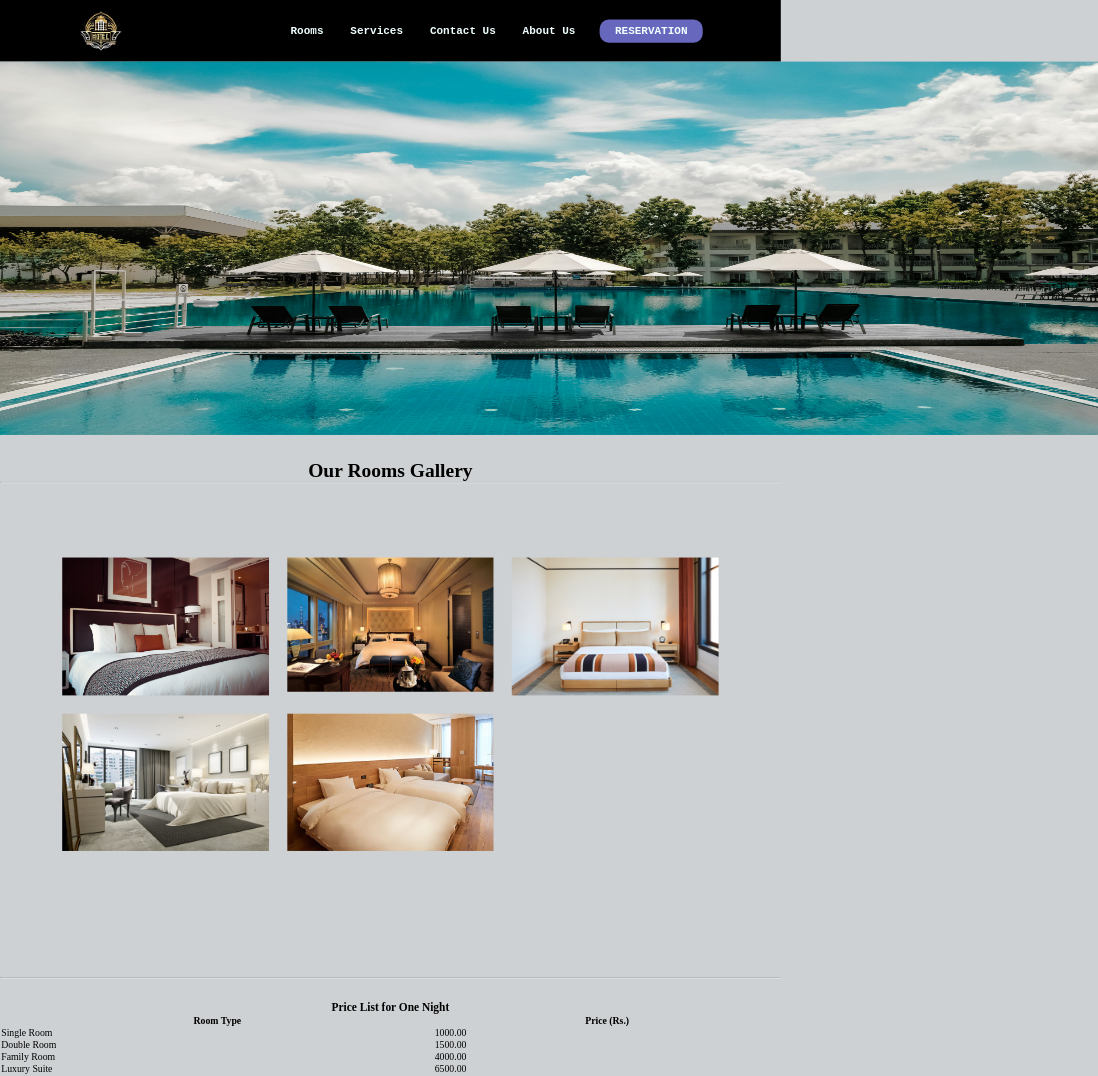
Repository: DhananjayaLakshan/Uom-Web_Design_For_Beginners
Page: Final Assignment/index.html
These files come from the project's save history. The page is drawn as it stood at one moment and after the next save; the edit follows.
The browser window is 1280 px wide. The page is 1800 px wide, so the pictures cover 1800 px, including what lies to the right of the window. The pictures show the whole page, at 61% of full size.

Above is the page before, as saved 2023-11-29 14:49:05.

### Final Assignment/index.html
<!DOCTYPE html>
<html lang="en">
<head>
    <meta charset="UTF-8">
    <meta name="viewport" content="width=device-width, initial-scale=1.0">
    <title>Ceylon Hotel</title>

    <link rel="stylesheet" href="style.css">
    <script src="script.js"></script>
</head>
<body>

    <header>
        <img class="logo" src="img/logo.png" alt="logo">

        <nav>
            <ul class="navBar">
                <li>
                    <a href="#"> Rooms</a>
                </li>

                <li>
                    <a href="#"> Services</a>
                </li>

                <li>
                    <a href="#"> Contact Us</a>
                </li>

                <li>
                    <a href="#"> About Us</a>
                </li>
            </ul>
        </nav>

        <a class="button" href="#"> <button>RESERVATION</button> </a>
    </header>

        <img class="coverImg" src="img/hotel-cover.jpg" alt="cover">

        <br><br><br>

        <h1 style="text-align: center;">Our Rooms Gallery</h1>
        <hr><br><br><br><br>

<div class="container">

    <div class="gallery">
        <img src="img/room1.jpeg"   alt="room1">
        <img src="img/room2.jpg"    alt="room2">
        <img src="img/room3.jpg"    alt="room3">
        <img src="img/room4.jpg"    alt="room4">
        <img src="img/room5.jpg"    alt="room5">
    </div>

</div>
<br><hr><br><br>

<table style="width:100%">
    <h3 style="text-align: center;"> Price List for One Night</h3>
    <tr>
        <th>Room Type</th>
        <th>Price (Rs.)</th>
    </tr>

    <tr>
        <td>Single Room</td>
        <td>1000.00</td>
    </tr>

    <tr>
        <td>Double Room</td>
        <td>1500.00</td>
    </tr>

    <tr>
        <td>Family Room</td>
        <td>4000.00</td>
    </tr>

    <tr>
        <td>Luxury Suite</td>
        <td>6500.00</td>
    </tr>


</table>


</body>
</html>

### Final Assignment/style.css
*{
    box-sizing: border-box;
    padding: 0;
    margin: 0;
    background-color: rgb(206, 209, 211);
}

li,a, button{
    font-family: 'Courier New', Courier, monospace;
    font-weight: 600;
    font-size: 18px;
    text-decoration: none;
    color: azure;
}

header{
    display: flex;
    justify-content: flex-end;
    align-items: center;
    padding: 13px 10%;
    background-color:black;

}

.logo{
    width: 75px;
    height: 75px;
    cursor: pointer;
    margin-right: auto;
    background-color: black;
}

.navBar{
    list-style: none;
    background-color: black;
}

.navBar li{
    display: inline-block;
    padding: 0px 20px;
    background-color:black;
}

.navBar li a {
    transition: all 0.3s ease 0s;
    background-color:black;
}

.navBar li a:hover{
    color: red;
}

button{
    padding: 9px 25px;
    background-color:rgb(103, 103, 189);
    border: none;
    border-radius: 15px;
    cursor:pointer;
    transition: all 0.3s ease 0s;
    margin-left: 20px;
}

button:hover{
    background-color: rgb(56, 39, 161);
}

.button{
background-color:black;
}


.cover{
    width: 100px;
    max-height: 500px;
}

.coverImg{
    width: 250vh;
    height: 85vh;
}

.container{
    width: 100%;
    min-height: 100vh;
    align-items:center;
    justify-content: center;
    padding: 50px 8%;
}

.gallery{
    display: grid;
    grid-template-columns: repeat(auto-fit,minmax(250px, 1fr));
    grid-gap: 30px;
}

.gallery img{
    width: 100%;
    transition: all 0.3s ease 0s;
}

.gallery img:hover{
    border: 5px solid blue;
}

Loaded but not shown: Final Assignment/script.js (no stored copy; drawn as an empty file)

After the next save:
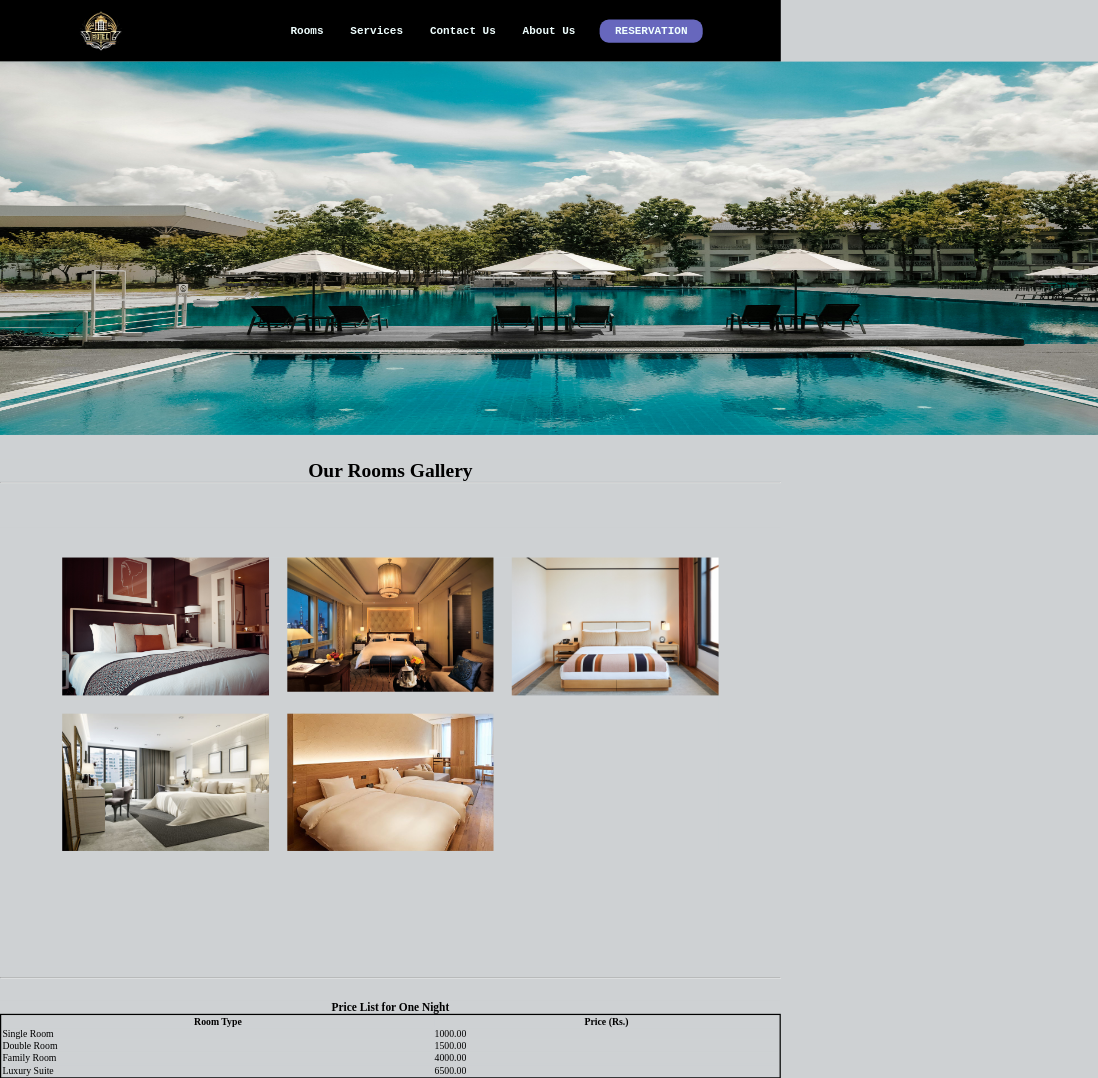
Saved 31 s later.
--- a/Final Assignment/index.html
+++ b/Final Assignment/index.html
@@ -56,7 +56,7 @@
 </div>
 <br><hr><br><br>
 
-<table style="width:100%">
+<table style="width:100%; border:2px solid black;">
     <h3 style="text-align: center;"> Price List for One Night</h3>
     <tr>
         <th>Room Type</th>
